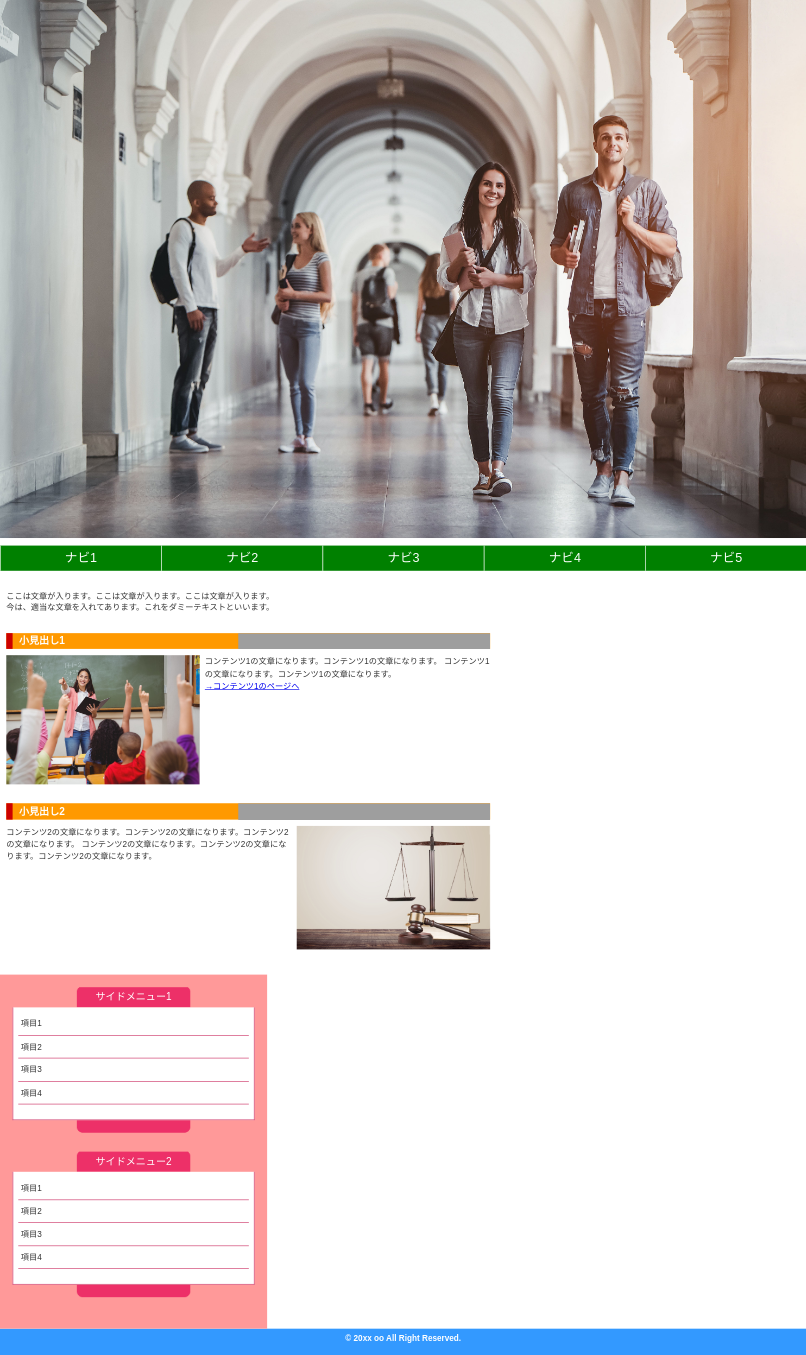
Repository: bonjyuru/samurai_HTML-CSS
Page: index.html
The author's editor kept a record of every edit. The page is drawn from the files as they stood at one moment, then again after the next edit.
The browser window is 1280 px wide. The pictures show the whole page, at 63% of full size.
Pictures or frames that could not be fetched are drawn as grey boxes.

Above is the page before.

After the next edit:
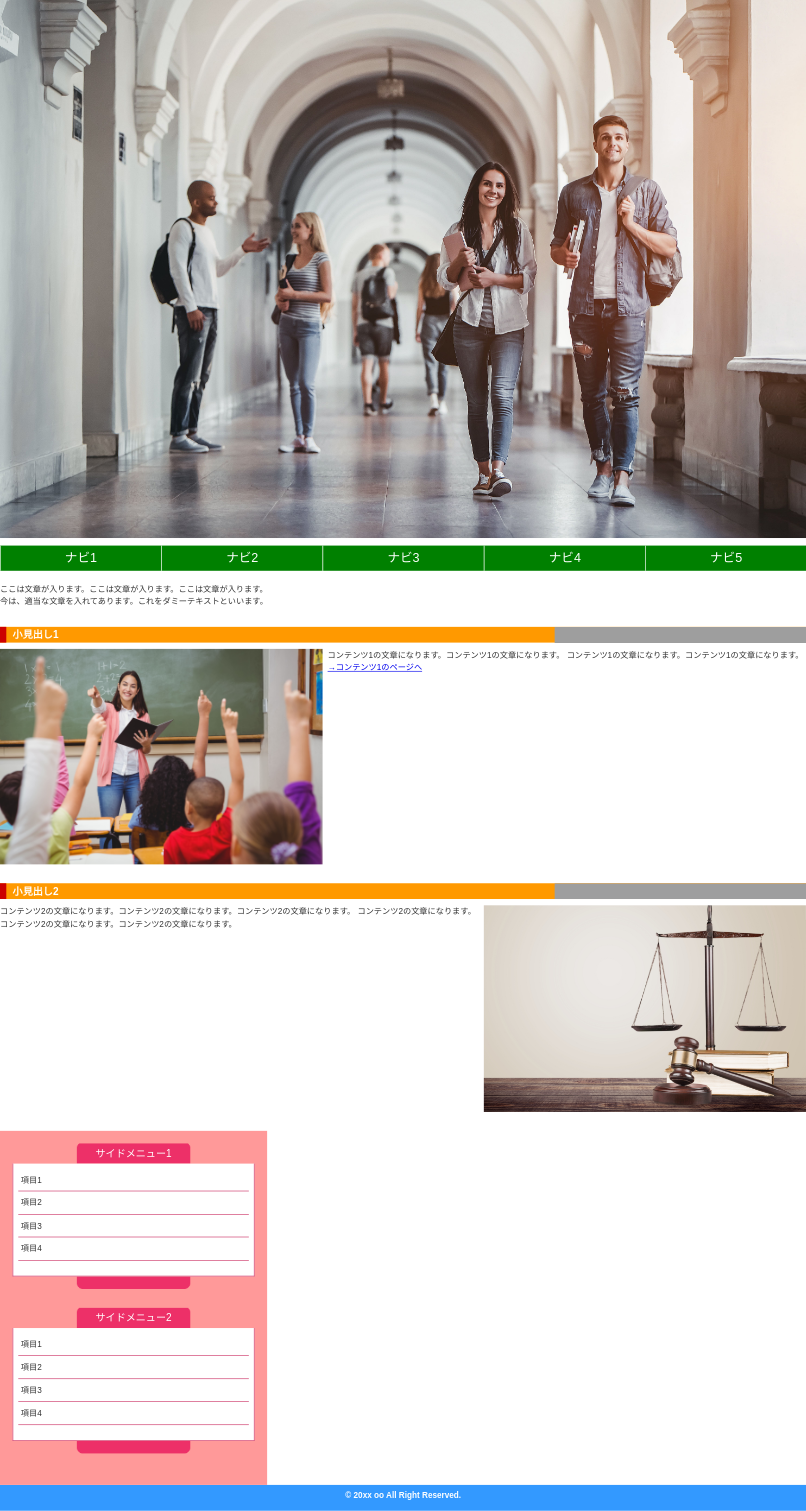
The edit:
--- a/stylesheet.css
+++ b/stylesheet.css
@@ -83,8 +83,7 @@
 }
 /* ------------------------ main ---------------------------- */
 #main {
-    float: left;
-    width: 60%;
+    width: 95%
     padding: 10px 30px 10px 10px;
 }
 #main h2 {
